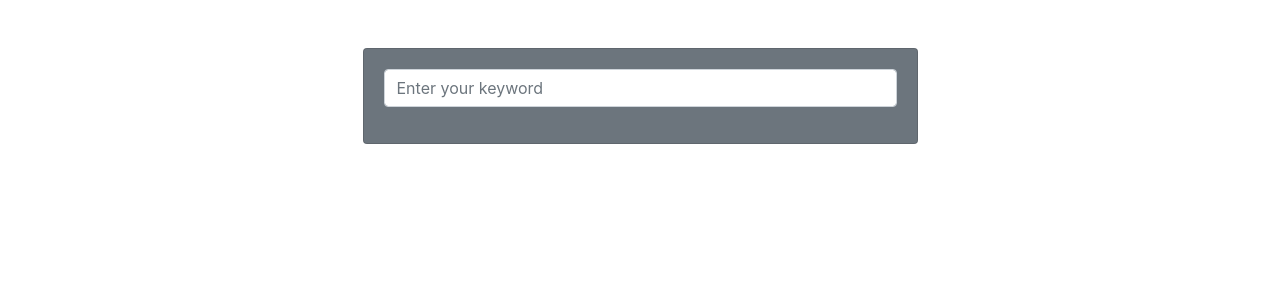
Repository: Himanshu-GitRepo/SpringMVCDurgesh
Page: http://localhost/springmvcsearch/home
The author's editor kept a copy of each file at every save. The page is drawn from the files as they stood at one save, then again after the next save.
The browser window is 1280 px wide. The pictures show the whole page.
Some web libraries are served in a nearby version. The page is served by Tomcat 9.

Above is the page before, as saved 2021-11-24 08:01:35.

### springmvcsearch/src/main/webapp/WEB-INF/spring-servlet.xml
<?xml version="1.0" encoding="UTF-8"?>
<beans xmlns="http://www.springframework.org/schema/beans"
	xmlns:context="http://www.springframework.org/schema/context"
	xmlns:xsi="http://www.w3.org/2001/XMLSchema-instance"
	xmlns:p="http://www.springframework.org/schema/p"
	xmlns:tx="http://www.springframework.org/schema/tx"
	xsi:schemaLocation="
        http://www.springframework.org/schema/beans
        http://www.springframework.org/schema/beans/spring-beans.xsd
        http://www.springframework.org/schema/context
        http://www.springframework.org/schema/context/spring-context.xsd
        http://www.springframework.org/schema/tx
        http://www.springframework.org/schema/tx/spring-tx.xsd
        ">

	<context:component-scan base-package="springmvcsearch"></context:component-scan>

	<bean
		class="org.springframework.web.servlet.view.InternalResourceViewResolver"
		name="viewResolver">

		<property name="prefix" value="/WEB-INF/views/" />
		<property name="suffix" value=".jsp"></property>
	</bean>

</beans>

### springmvcsearch/src/main/webapp/WEB-INF/views/home.jsp
<!doctype html>
<html lang="en">
<head>
<!-- Required meta tags -->
<meta charset="utf-8">
<meta name="viewport"
	content="width=device-width, initial-scale=1, shrink-to-fit=no">

<!-- Bootstrap CSS -->
<link rel="stylesheet"
	href="https://maxcdn.bootstrapcdn.com/bootstrap/4.0.0/css/bootstrap.min.css"
	integrity="sha384-Gn5384xqQ1aoWXA+058RXPxPg6fy4IWvTNh0E263XmFcJlSAwiGgFAW/dAiS6JXm"
	crossorigin="anonymous">

<title>Hello, world!</title>
</head>
<body>

	<div class="container">

		<div class="card mx-auto mt-5 bg-secondary" style="width: 50%;">
			<div class="card-body">

			<form>

			<div class="form-group">

			<input type="text" name="querybox" placeholder="Enter your keyword"
			class="form-control"/>

			</div>

			</form>

			</div>
		</div>

	</div>

	<!-- Optional JavaScript -->
	<!-- jQuery first, then Popper.js, then Bootstrap JS -->
	<script src="https://code.jquery.com/jquery-3.2.1.slim.min.js"
		integrity="sha384-KJ3o2DKtIkvYIK3UENzmM7KCkRr/rE9/Qpg6aAZGJwFDMVNA/GpGFF93hXpG5KkN"
		crossorigin="anonymous"></script>
	<script
		src="https://cdnjs.cloudflare.com/ajax/libs/popper.js/1.12.9/umd/popper.min.js"
		integrity="sha384-ApNbgh9B+Y1QKtv3Rn7W3mgPxhU9K/ScQsAP7hUibX39j7fakFPskvXusvfa0b4Q"
		crossorigin="anonymous"></script>
	<script
		src="https://maxcdn.bootstrapcdn.com/bootstrap/4.0.0/js/bootstrap.min.js"
		integrity="sha384-JZR6Spejh4U02d8jOt6vLEHfe/JQGiRRSQQxSfFWpi1MquVdAyjUar5+76PVCmYl"
		crossorigin="anonymous"></script>
</body>
</html>

### springmvcsearch/src/main/java/springmvcsearch/SearchController.java
package springmvcsearch;

import org.springframework.stereotype.Controller;
import org.springframework.web.bind.annotation.RequestMapping;

@Controller
public class SearchController {

	@RequestMapping("/home")
	public String home() {
		System.out.println("going to home view..");
		return "home";
	}

}

After the next save:
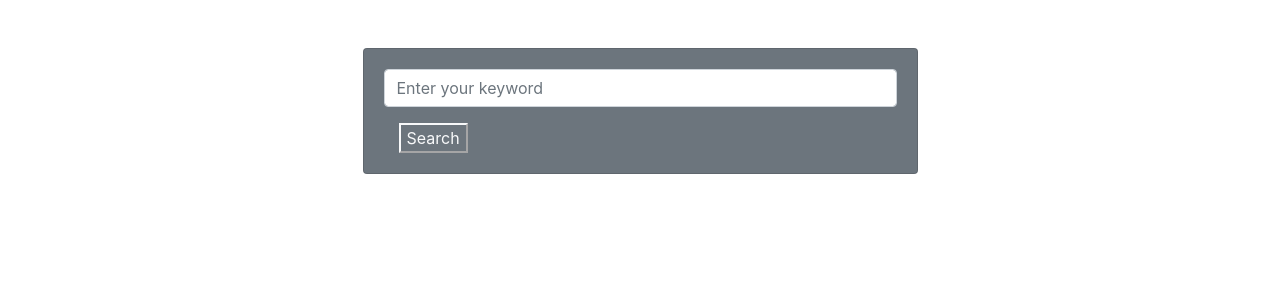
Saved 2 min 0 s later.
--- a/springmvcsearch/src/main/webapp/WEB-INF/views/home.jsp
+++ b/springmvcsearch/src/main/webapp/WEB-INF/views/home.jsp
@@ -21,16 +21,20 @@
 		<div class="card mx-auto mt-5 bg-secondary" style="width: 50%;">
 			<div class="card-body">
 
-			<form>
+				<form>
 
-			<div class="form-group">
+					<div class="form-group">
 
-			<input type="text" name="querybox" placeholder="Enter your keyword"
-			class="form-control"/>
+						<input type="text" name="querybox"
+							placeholder="Enter your keyword" class="form-control" />
 
-			</div>
+					</div>
 
-			</form>
+					<div class="container">
+					<button class="btn-outline-light">Search</button>
+					</div>
+
+				</form>
 
 			</div>
 		</div>
